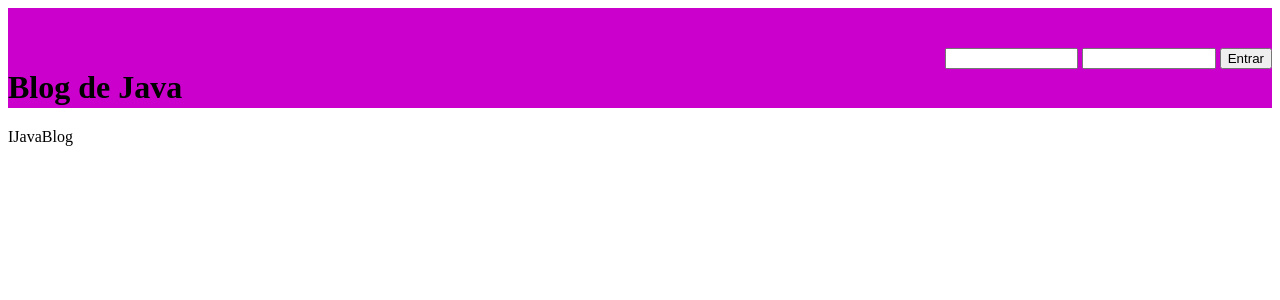
Repository: alruis/IJavaDreamBlog
Page: http://localhost/IJavaBlog/jsp/blog/cabecera.jsp
An editor plug-in stored every save of this project. The page is shown before and after the next save, followed by the edit.
The browser window is 1280 px wide. The pictures show the whole page.
The page is served by Tomcat 9. Nobody is signed in. The application's start-up code is not run.

Above is the page before, as saved 2014-09-23 10:11:53.

After the next save:
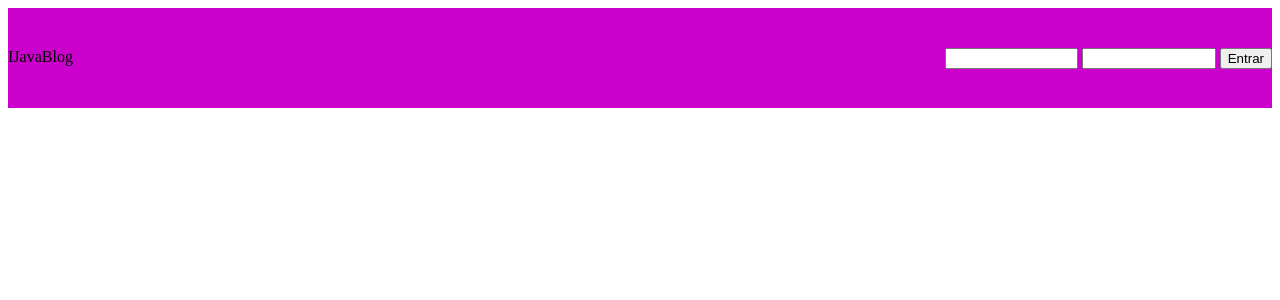
Saved 9 s later.
--- a/IJavaBlog/WebContent/jsp/blog/cabecera.jsp
+++ b/IJavaBlog/WebContent/jsp/blog/cabecera.jsp
@@ -5,7 +5,7 @@
 <link href="css/cabecera.css" rel="stylesheet" type="text/css" />
 <div id="cabecera">
 	<form action="autenticar.blog" method="post">
-	<div><h1>Blog de Java</h1>IJavaBlog</div>
+	<div>IJavaBlog</div>
 	<div>
 		<c:choose>
 			<c:when test="${empty sessionScope.usuario}">
